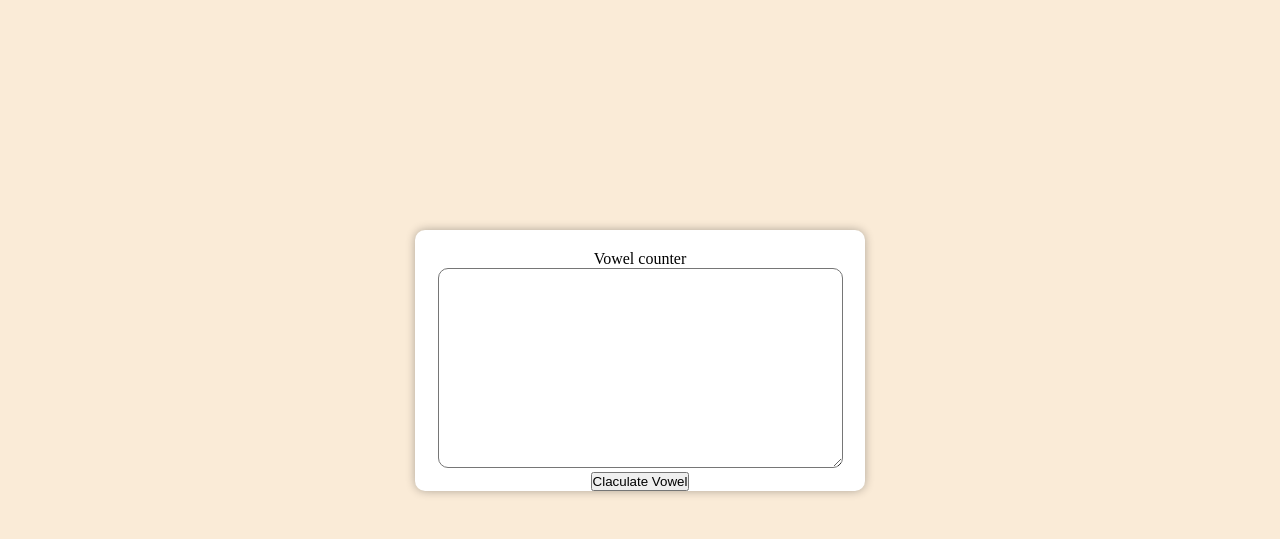
Repository: JunaidAnsari202/Vowel-counter
Page: index.html
An editor plug-in stored every save of this project. The page is shown before and after a run of saves, followed by the edit.
The browser window is 1280 px wide. The pictures show the whole page.

Above is the page before, as saved 2024-10-17 11:47:26.

### index.html
<!DOCTYPE html>
<html lang="en">
<head>
    <meta charset="UTF-8">
    <meta name="viewport" content="width=device-width, initial-scale=1.0">
    <title>Vowel counter</title>
    <link rel="stylesheet" href="style.css">
</head>
<body>
    <div class="container">
        <div class="header">Vowel counter</div>
        <div class="textarea">
            <textarea name="vowelinput" id="textarea" rows="10" cols="30"></textarea>
        </div>
        <div class="count">
            <button id="count">Claculate Vowel</button>
        </div>
        <div class="output"></div>
    </div>
    <script src="script.js"></script>
</body>
</html>

### style.css
*{
    margin: 0;
    padding: 0;
    box-sizing: border-box;
}

body{
    background-color: antiquewhite;
    display: flex;
    justify-content: center;
    align-items: center;
    height: 100vh;

}

.container{
    width: 450px;
    text-align: center;
    background-color: white;
    border-radius: 10px;
    box-shadow: 0 0 10px rgba(0,0,0,0.3);
}

.header{
    margin-top: 10px;
    padding-top: 10px;
}

#textarea{
    width:90%;
    height: 200px;
    border-radius: 10px;
    padding: 10px;
    mar
}

Loaded but not shown: script.js (no copy from this time; the picture is the same without it)

After the next 2 saves:
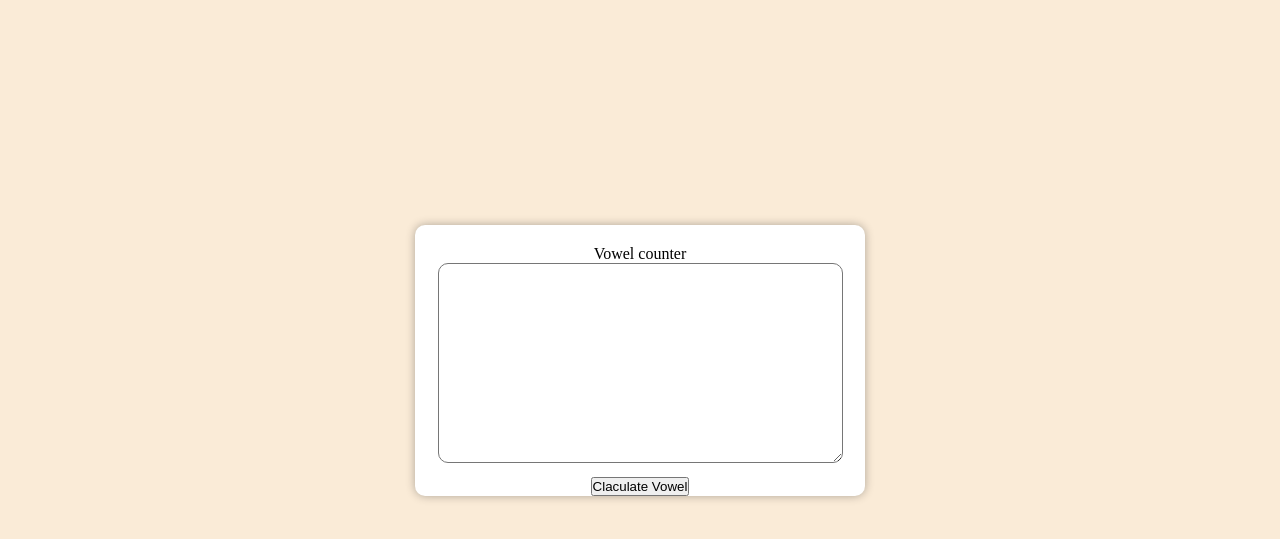
The 2 saves are shown as one change because they came seconds apart.
The last was saved 9 s later.
--- a/style.css
+++ b/style.css
@@ -31,5 +31,5 @@
     height: 200px;
     border-radius: 10px;
     padding: 10px;
-    mar
+    margin-bottom: 10px;
 }
